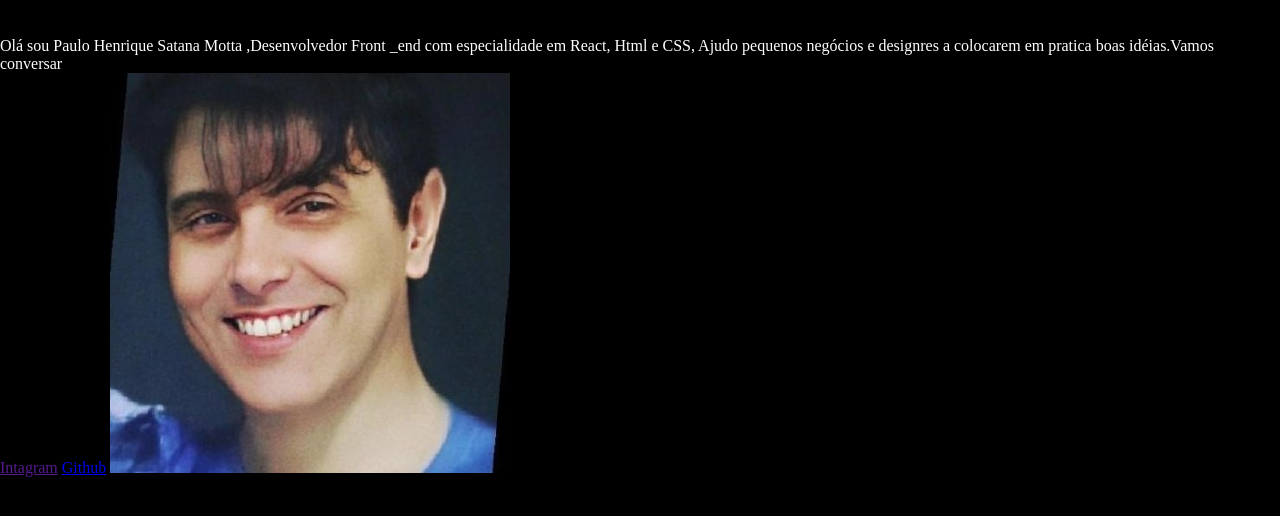
Repository: phsmottanerd/projeto-portfolio-alura
Page: index.html
An editor plug-in stored every save of this project. The page is shown before and after the next save, followed by the edit.
The browser window is 1280 px wide. The pictures show the whole page.

Above is the page before, as saved 2025-01-13 15:16:45.

After the next save:
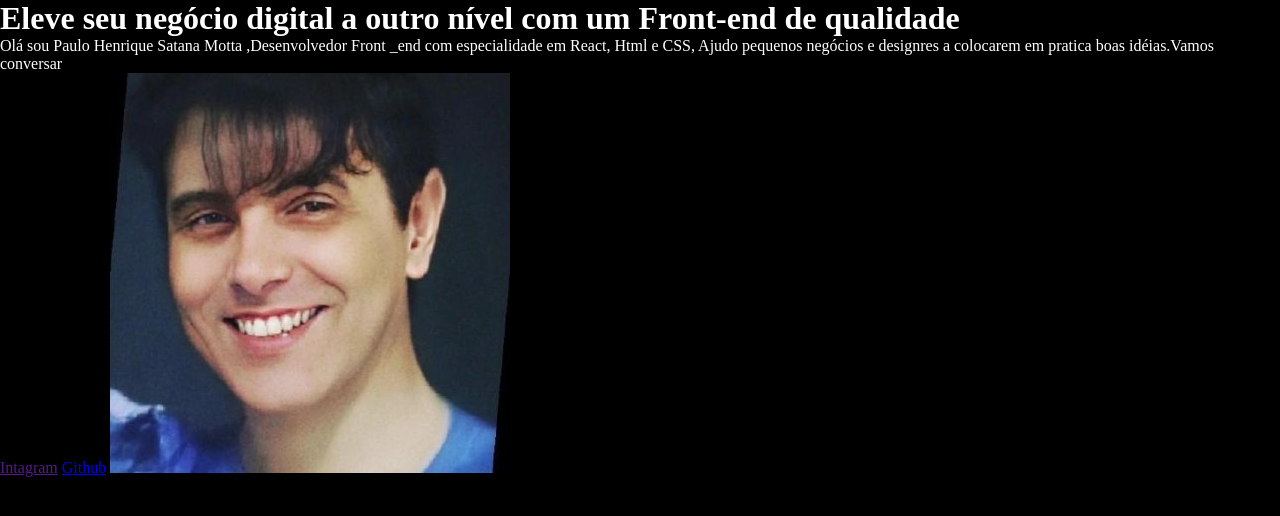
Saved 19 s later.
--- a/style.css
+++ b/style.css
@@ -10,6 +10,9 @@ background-color:black;
 
 
 }
+h1{
+   color:#ffff;
+}
 p{
 color:#ffff;
 
